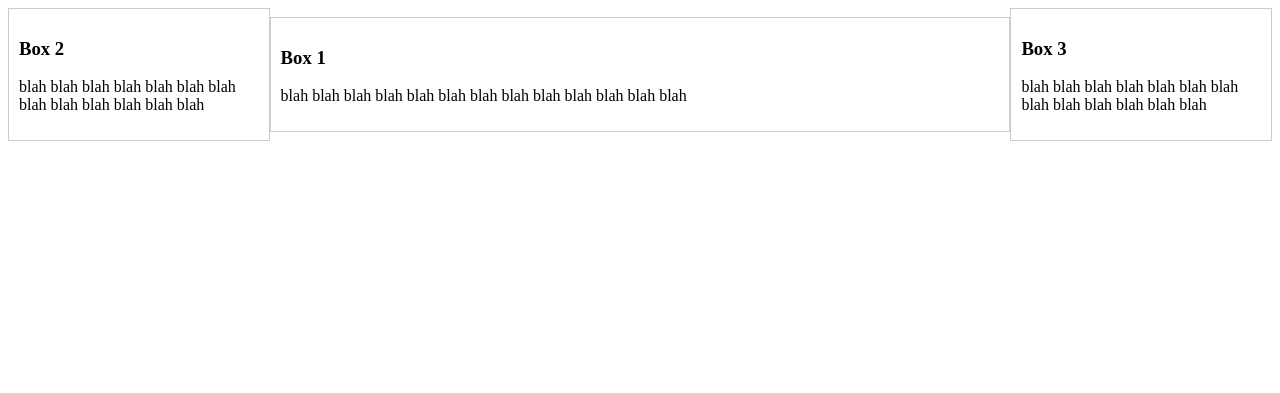
Repository: SHH17HX0r/final-project-10-20
Page: Tom Prigg Dev Portofolio/flex.html
These files come from the project's save history. The page is drawn as it stood at one moment and after the next save; the edit follows.
The browser window is 1280 px wide. The pictures show the whole page.

Above is the page before, as saved 2020-11-17 01:06:57.

After the next save:
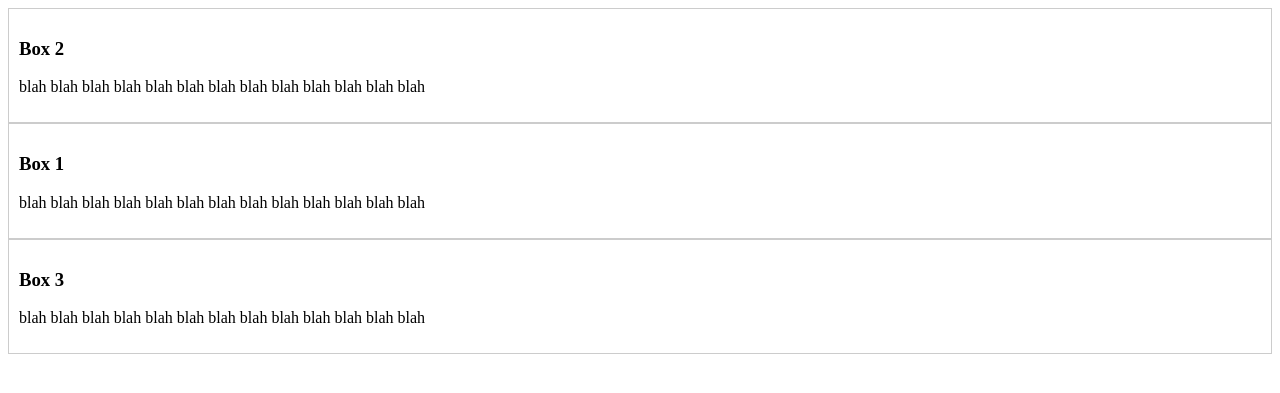
Saved 119 s later.
--- a/Tom Prigg Dev Portofolio/flex.html
+++ b/Tom Prigg Dev Portofolio/flex.html
@@ -9,10 +9,13 @@
     <style>
       .container-1 {
         display: flex;
-        /*
+        /* These will shrink in a certain direction
         align-items: flex-start;
-        align-items: flex-end; */
+        align-items: flex-end;
         align-items: center;
+        */
+        /* To change the boxes to a horizontal */
+        flex-direction: column;
       }
       .container-1 div {
         border: 1px #ccc solid;
